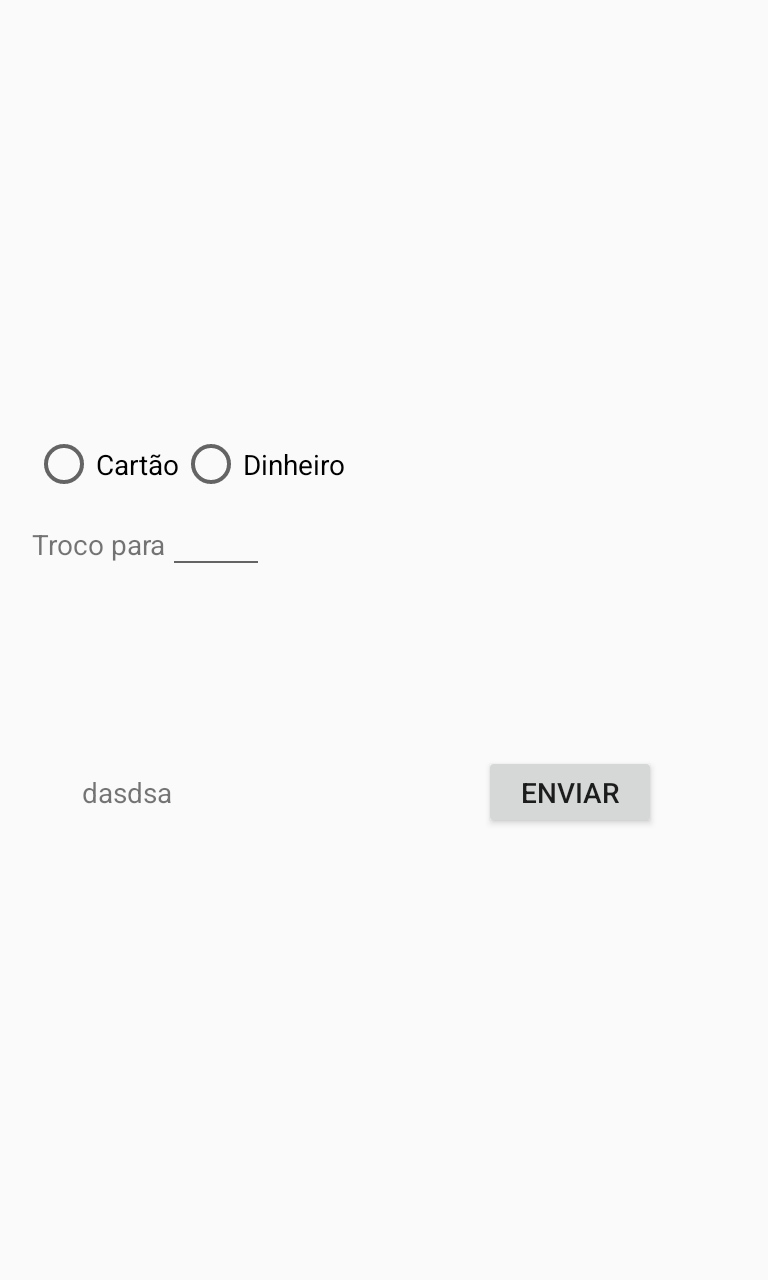
Repository: anzileiro/iot-mobilecup
Layout: iCinema/res/layout/activity_pedido.xml
The author's editor kept a copy of each file at every save. The layout is drawn from the files as they stood at one save, then again after the next save.
It is drawn on a 768 x 1280 px phone screen (xhdpi) without system bars, with theme AppTheme; the app's code is not run. Lists and similar views that code fills are empty.

Above is the layout before, as saved 2014-10-30 05:24:38.

### iCinema/res/layout/activity_pedido.xml
<RelativeLayout xmlns:android="http://schemas.android.com/apk/res/android"
    xmlns:tools="http://schemas.android.com/tools"
    android:layout_width="match_parent"
    android:layout_height="match_parent"
    android:paddingBottom="@dimen/activity_vertical_margin"
    android:paddingLeft="@dimen/activity_horizontal_margin"
    android:paddingRight="@dimen/activity_horizontal_margin"
    android:paddingTop="@dimen/activity_vertical_margin"
    tools:context=".PedidoActivity" >

    <RelativeLayout android:layout_width="match_parent"
        android:layout_height="200dp"
        android:id="@+id/lstProduto">
    	<ListView
        android:id="@id/android:list"
        android:layout_width="match_parent"
        android:layout_height="match_parent" />
    </RelativeLayout>


    <LinearLayout android:layout_width="match_parent"
        android:layout_height="200dp"
        android:layout_below="@id/lstProduto"
        android:orientation="vertical"
        android:layout_weight="0.3">
    	<LinearLayout android:layout_width="match_parent"
    	    android:layout_height="0dp"
    	    android:layout_weight="0.8"
    	    android:orientation="vertical">
       	    <RadioGroup android:orientation="horizontal"
       	        android:id="@+id/rgrFormaPagamento"
       	        android:layout_width="wrap_content"
       	        android:layout_height="wrap_content">
       	        <RadioButton android:layout_width="wrap_content"
       	            android:layout_height="wrap_content"
       	            android:text="Cartão"
       	            android:id="@+id/rbuCartao"/>

       	        <RadioButton android:layout_width="wrap_content"
       	            android:layout_height="wrap_content"
       	            android:text="Dinheiro"
       	            android:id="@+id/rbuDinheiro"/>
       	    </RadioGroup>

       	    <LinearLayout
       	        android:id="@+id/layTrocoPara"
       	        android:layout_width="match_parent"
       	        android:layout_height="wrap_content"
       	        android:layout_weight="0.2"
       	        android:orientation="horizontal" >

       	        <TextView
       	            android:layout_width="wrap_content"
       	            android:layout_height="wrap_content"
       	            android:text="Troco para" />

       	        <EditText android:layout_width="50dp"
       	            android:layout_height="wrap_content"
       	            android:inputType="number"
       	            android:id="@+id/eteTrocoPara"/>
       	    </LinearLayout>
    	</LinearLayout>

    	<RelativeLayout
    	    android:layout_width="match_parent"
    	    android:layout_height="0dp"
    	    android:layout_weight="0.2" >

    	    <TextView
    	        android:id="@+id/txtTotal"
    	        android:layout_width="wrap_content"
    	        android:layout_height="wrap_content"
    	        android:layout_alignParentLeft="true"
    	        android:layout_centerVertical="true"
    	        android:layout_marginLeft="25dp"
    	        android:gravity="bottom|left"
    	        android:text="dasdsa" />

    	    <Button
    	        android:id="@+id/button1"
    	        android:layout_width="wrap_content"
    	        android:layout_height="wrap_content"
    	        android:layout_alignParentBottom="true"
    	        android:layout_alignParentRight="true"
    	        android:layout_marginRight="39dp"
    	        android:onClick="enviar"
    	        android:text="Enviar" />

    	</RelativeLayout>

    </LinearLayout>
</RelativeLayout>

Loaded but not shown: iCinema/res/values/styles.xml (common file); iCinema/res/values-v11/styles.xml (common file); iCinema/res/values-v14/styles.xml (common file); iCinema/res/values/dimens.xml (common file); iCinema/res/values-w820dp/dimens.xml (common file)

After the next save:
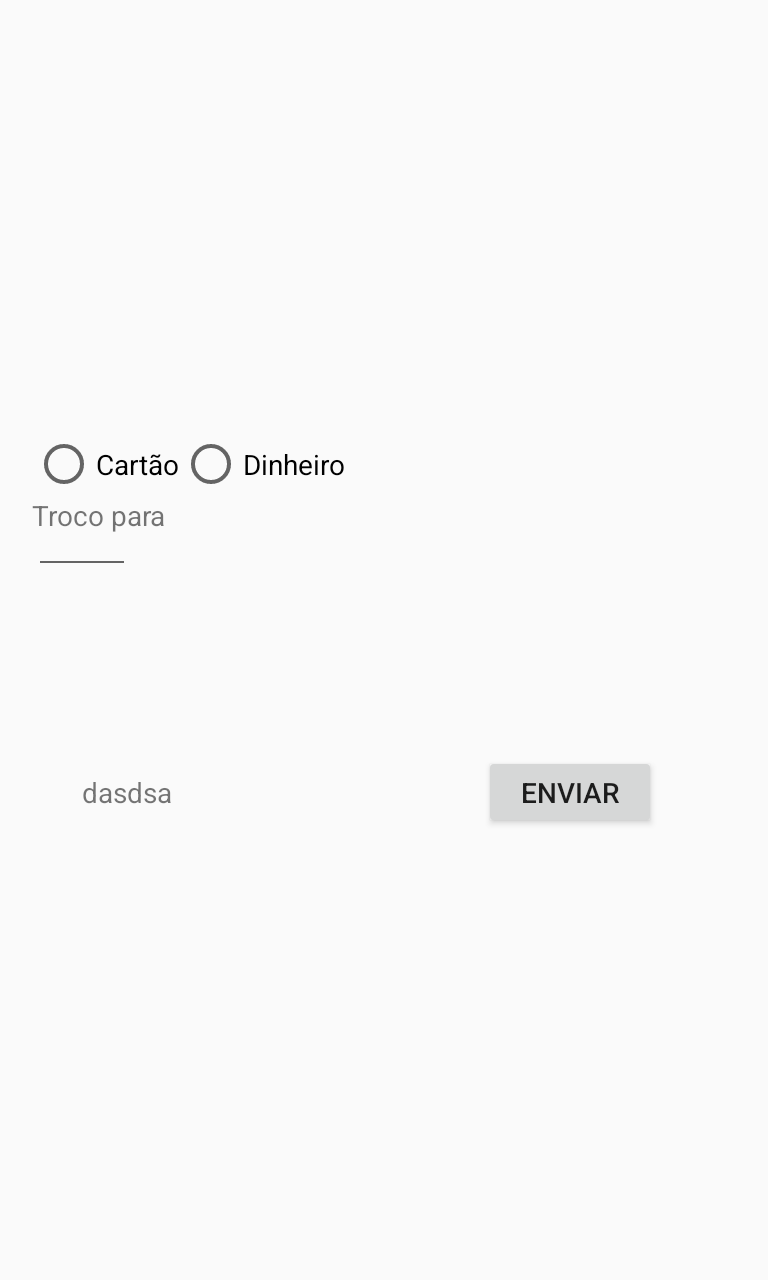
Saved 66 s later.
--- a/iCinema/res/layout/activity_pedido.xml
+++ b/iCinema/res/layout/activity_pedido.xml
@@ -42,7 +42,7 @@
        	            android:id="@+id/rbuDinheiro"/>
        	    </RadioGroup>
 
-       	    <LinearLayout
+       	    <RelativeLayout
        	        android:id="@+id/layTrocoPara"
        	        android:layout_width="match_parent"
        	        android:layout_height="wrap_content"
@@ -58,7 +58,7 @@
        	            android:layout_height="wrap_content"
        	            android:inputType="number"
        	            android:id="@+id/eteTrocoPara"/>
-       	    </LinearLayout>
+       	    </RelativeLayout>
     	</LinearLayout>
 
     	<RelativeLayout
